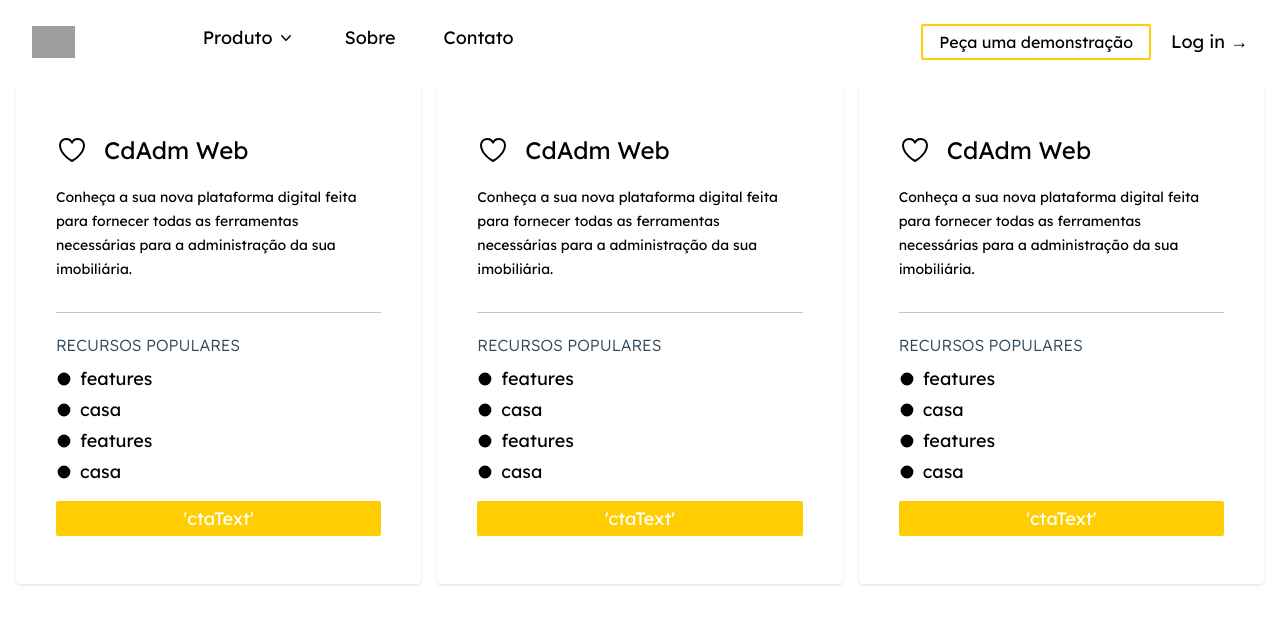
Repository: VereAbsolutum/site-institucional
Page: /
The author's editor kept a copy of each file at every save. The page is drawn from the files as they stood at one save, then again after the next save.
The browser window is 1280 px wide. The pictures show the whole page.
Pictures or frames that could not be fetched are drawn as grey boxes. The project was rebuilt for these pictures with package versions that can differ from the ones it lists, and the page was loaded fresh each time. Also part of the build but not shown: vite.config.ts, src/presentation/components/buttons/button-primary.tsx, src/presentation/components/links/link-border-primary.tsx, src/presentation/components/links/link-border-white.tsx, src/presentation/components/typography/display.tsx, src/presentation/components/typography/heading1.tsx, src/presentation/components/typography/heading2.tsx, src/presentation/components/typography/heading3.tsx and 2 more.

Above is the page before, as saved 2023-04-14 23:58:23.

After the next save:
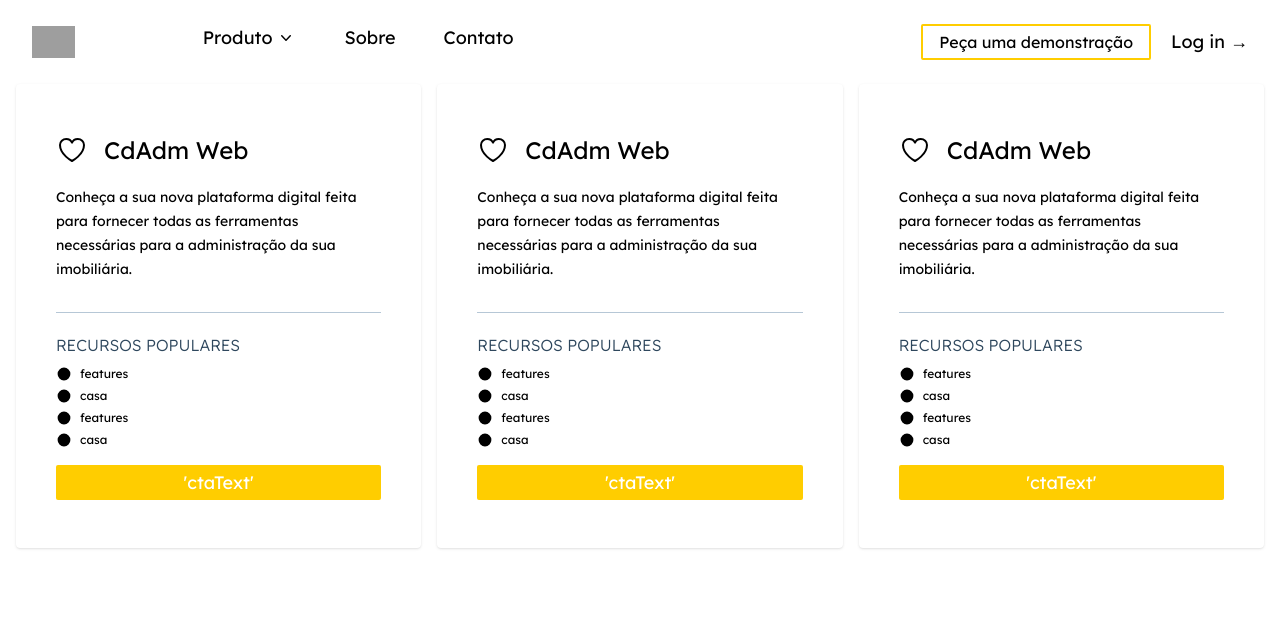
Saved 50 s later.
--- a/src/presentation/components/typography/menu.tsx
+++ b/src/presentation/components/typography/menu.tsx
@@ -3,7 +3,7 @@ import { TextBase } from '..';
 import { TextBaseProps } from './text-base';
 
 const textMenu: React.FC<TextBaseProps> = ({ children, className, ...rest }) => {
-    const baseClasses = 'text-lg font-medium';
+    const baseClasses = 'text-xs font-medium';
 
     return (
         <TextBase className={baseClasses} {...rest}>
